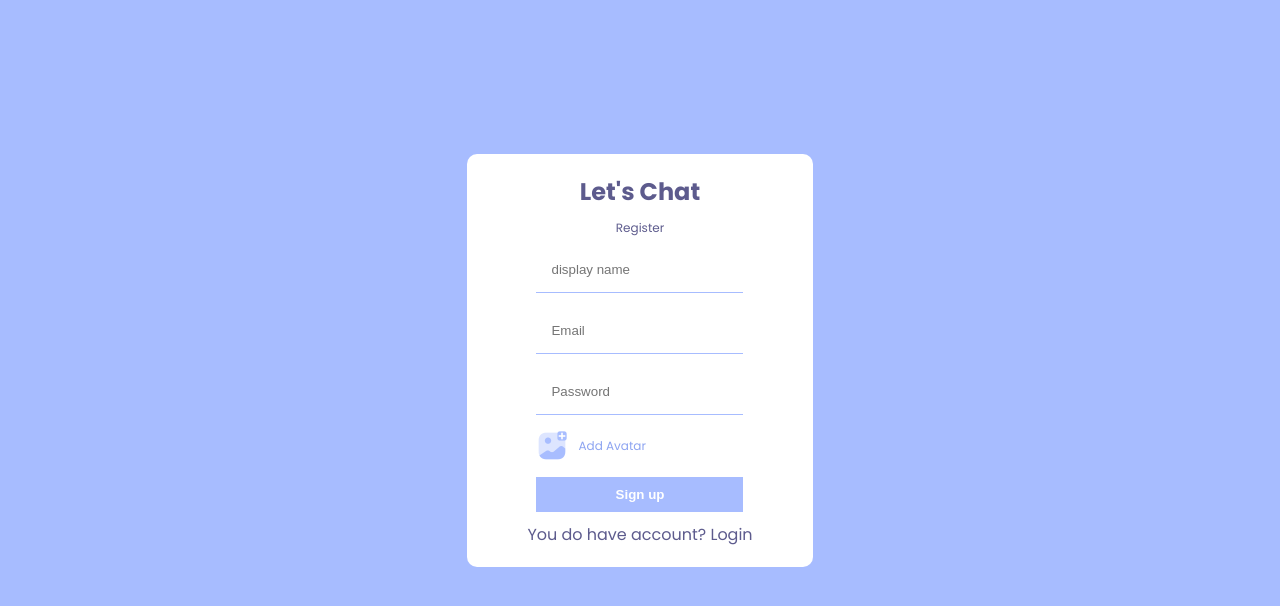
Repository: shikubro90/chatapp
Page: /
These files come from the project's save history. The page is drawn as it stood at one moment and after the next save; the edit follows.
The browser window is 1280 px wide. The pictures show the whole page.
The project was rebuilt for these pictures with package versions that can differ from the ones it lists, and the page was loaded fresh each time.

Above is the page before, as saved 2022-09-08 16:07:26.

After the next save:
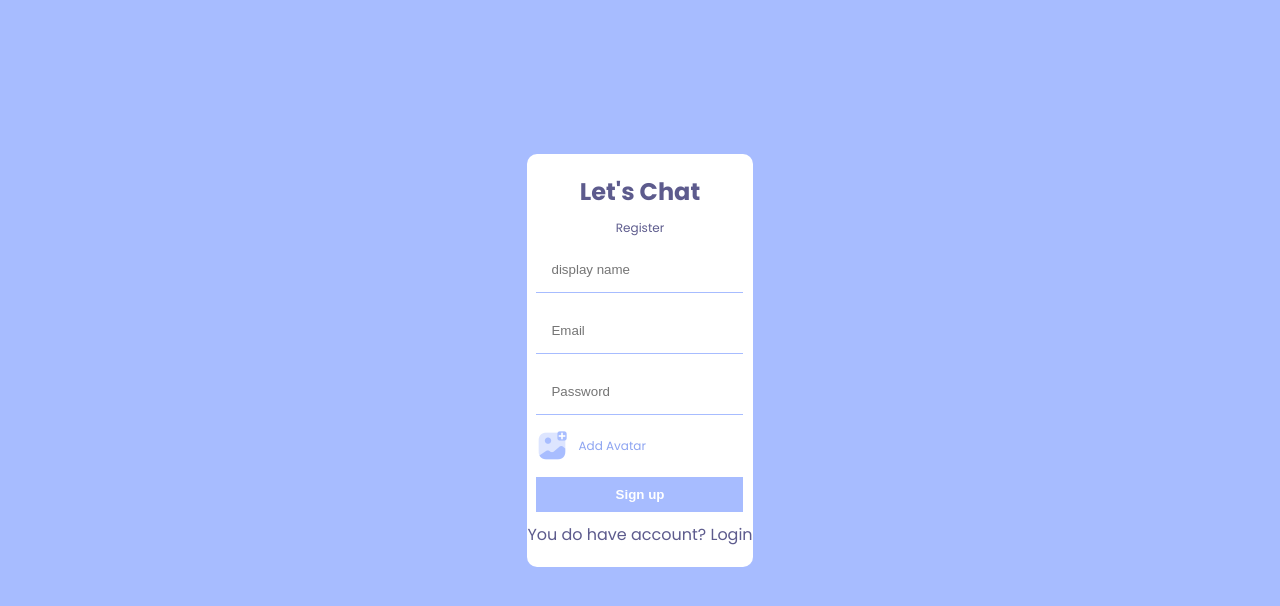
Saved 33 s later.
--- a/src/style.scss
+++ b/src/style.scss
@@ -8,7 +8,7 @@
     .formWrapper{
 
         background-color: white;
-        padding: 20px 60px;
+        padding: 20px 0px;
         border-radius: 10px;
         display: flex;
         flex-direction: column;

After the save that followed:
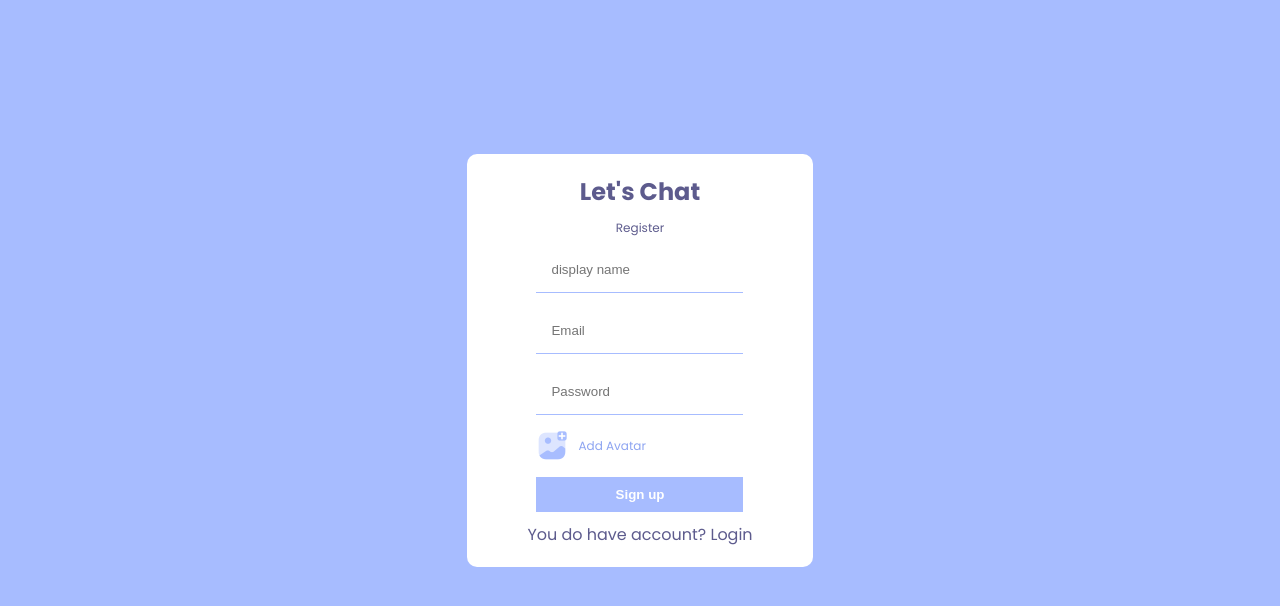
Saved 10 s later.
--- a/src/style.scss
+++ b/src/style.scss
@@ -8,7 +8,7 @@
     .formWrapper{
 
         background-color: white;
-        padding: 20px 0px;
+        padding: 20px 60px;
         border-radius: 10px;
         display: flex;
         flex-direction: column;
